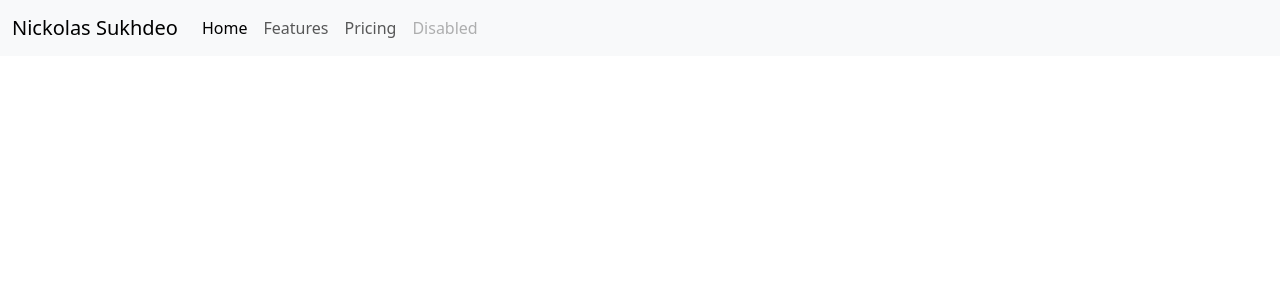
Repository: nlsukhde/porfolio
Page: index.html
The author's editor kept a copy of each file at every save. The page is drawn from the files as they stood at one save, then again after the next save.
The browser window is 1280 px wide. The pictures show the whole page.

Above is the page before, as saved 2025-06-19 16:50:32.

### index.html
<!DOCTYPE html>
<html lang="en">
<head>
    <link rel="preconnect" href="https://fonts.googleapis.com">
<link rel="preconnect" href="https://fonts.gstatic.com" crossorigin>
<link href="https://fonts.googleapis.com/css2?family=Raleway:ital,wght@0,100..900;1,100..900&family=Roboto+Condensed:ital,wght@0,100..900;1,100..900&display=swap" rel="stylesheet">
    <meta charset="UTF-8">
    <meta name="viewport" content="width=device-width, initial-scale=1.0">
    <link rel="stylesheet" href="app.css">
    <link href="https://cdn.jsdelivr.net/npm/bootstrap@5.3.7/dist/css/bootstrap.min.css" rel="stylesheet" integrity="sha384-LN+7fdVzj6u52u30Kp6M/trliBMCMKTyK833zpbD+pXdCLuTusPj697FH4R/5mcr" crossorigin="anonymous">
  </head>
    <title>Nickolas Sukhdeo Porfolio</title>
</head>
<body>
    <script src="https://cdn.jsdelivr.net/npm/bootstrap@5.3.7/dist/js/bootstrap.bundle.min.js" integrity="sha384-ndDqU0Gzau9qJ1lfW4pNLlhNTkCfHzAVBReH9diLvGRem5+R9g2FzA8ZGN954O5Q" crossorigin="anonymous"></script>

    <nav class="navbar navbar-expand-lg bg-body-tertiary">
  <div class="container-fluid">
    <a class="navbar-brand" href="#">Nickolas Sukhdeo</a>
    <button class="navbar-toggler" type="button" data-bs-toggle="collapse" data-bs-target="#navbarNavAltMarkup" aria-controls="navbarNavAltMarkup" aria-expanded="false" aria-label="Toggle navigation">
      <span class="navbar-toggler-icon"></span>
    </button>
    <div class="collapse navbar-collapse" id="navbarNavAltMarkup">
      <div class="navbar-nav">
        <a class="nav-link active" aria-current="page" href="#">Home</a>
        <a class="nav-link" href="#">Features</a>
        <a class="nav-link" href="#">Pricing</a>
        <a class="nav-link disabled" aria-disabled="true">Disabled</a>
      </div>
    </div>
  </div>
</nav>
</body>
</html>

### app.css
* {
    margin: 0;
    padding: 0;
}


.section1 {
    background-color: #901E3E;

}

body{
    font-family: "Raleway", sans-serif;
  font-optical-sizing: auto;
  font-weight: 10;
  font-style: normal;
  color: black;
}

After the next save:
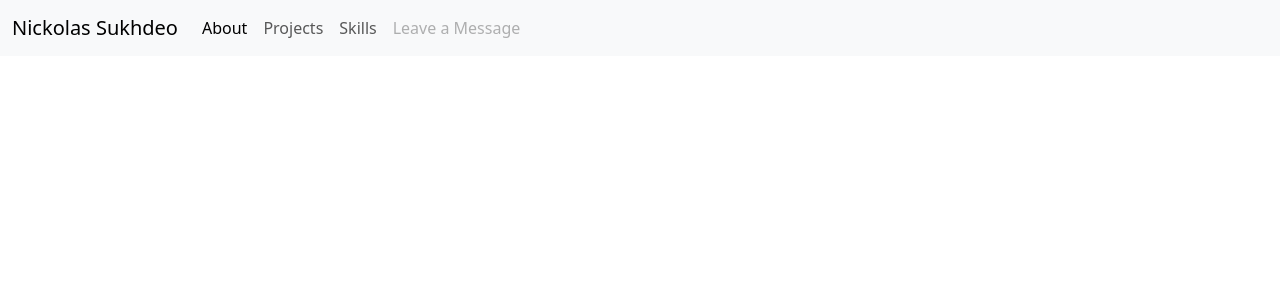
Saved 53 s later.
--- a/index.html
+++ b/index.html
@@ -22,10 +22,10 @@
     </button>
     <div class="collapse navbar-collapse" id="navbarNavAltMarkup">
       <div class="navbar-nav">
-        <a class="nav-link active" aria-current="page" href="#">Home</a>
-        <a class="nav-link" href="#">Features</a>
-        <a class="nav-link" href="#">Pricing</a>
-        <a class="nav-link disabled" aria-disabled="true">Disabled</a>
+        <a class="nav-link active" aria-current="page" href="#">About</a>
+        <a class="nav-link" href="#">Projects</a>
+        <a class="nav-link" href="#">Skills</a>
+        <a class="nav-link disabled">Leave a Message</a>
       </div>
     </div>
   </div>
